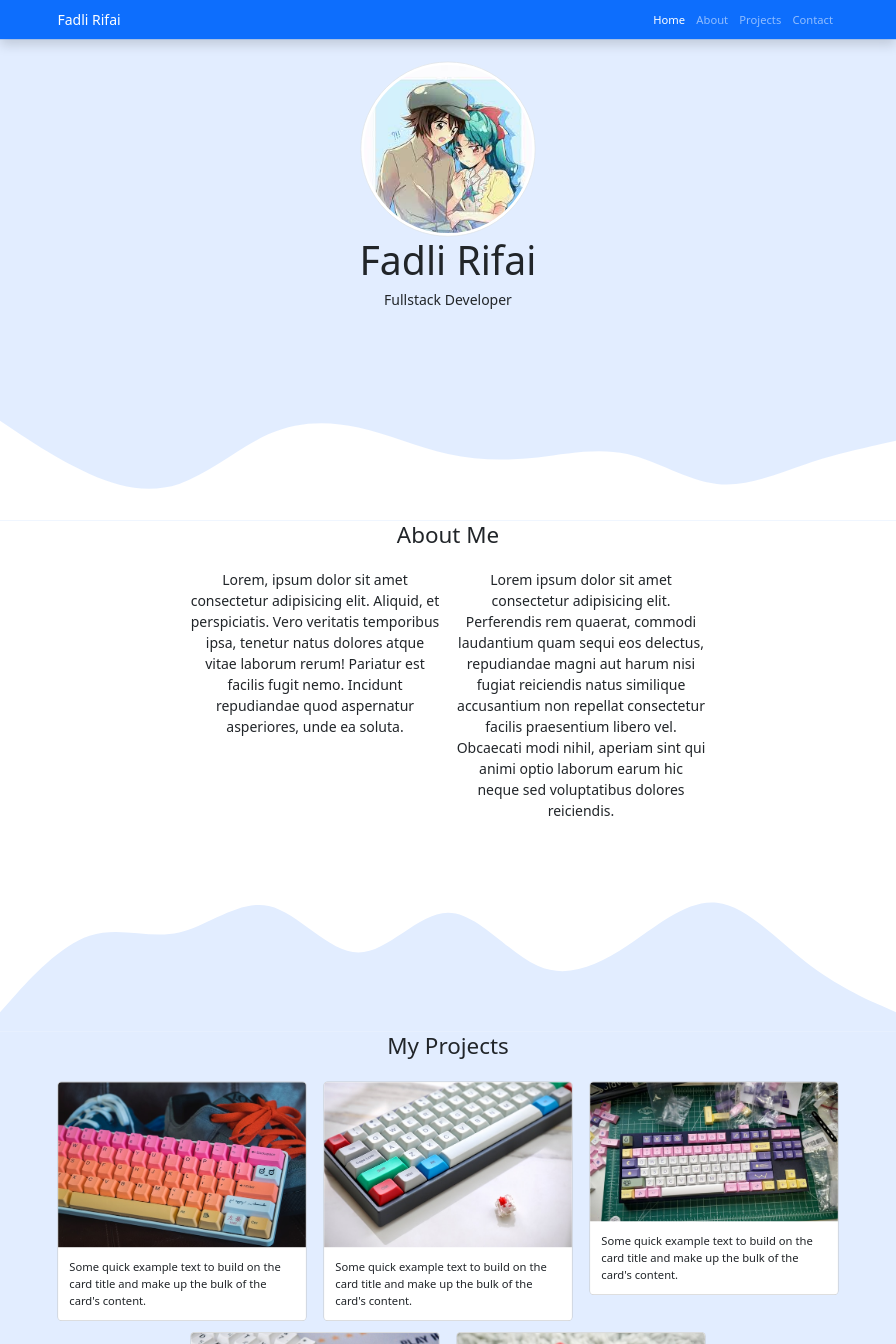
Repository: fadlyyy/fadli-dev.github.io
Page: index.html
These files come from the project's save history. The page is drawn as it stood at one moment and after the next save; the edit follows.
The browser window is 1280 px wide. The pictures show the part of the page from y = 0 to 1920 px (the page is 5000 px tall), at 70% of full size.

Above is the page before, as saved 2024-01-19 15:45:36.

### index.html
<!DOCTYPE html>
<html lang="en">
  <head>
    <meta charset="utf-8" />
    <meta name="viewport" content="width=device-width, initial-scale=1" />
    <title>Bootstrap demo</title>
    <link href="https://cdn.jsdelivr.net/npm/bootstrap@5.2.3/dist/css/bootstrap.min.css" rel="stylesheet" integrity="sha384-rbsA2VBKQhggwzxH7pPCaAqO46MgnOM80zW1RWuH61DGLwZJEdK2Kadq2F9CUG65" crossorigin="anonymous" />
    <link rel="stylesheet" href="style.css" />
  </head>
  <body>
    <!-- Navbar -->
    <nav class="navbar navbar-expand-lg navbar-dark bg-primary shadow">
      <div class="container">
        <a class="navbar-brand" href="#">Fadli Rifai</a>
        <button class="navbar-toggler" type="button" data-bs-toggle="collapse" data-bs-target="#navbarNav" aria-controls="navbarNav" aria-expanded="false" aria-label="Toggle navigation">
          <span class="navbar-toggler-icon"></span>
        </button>
        <div class="collapse navbar-collapse" id="navbarNav">
          <ul class="navbar-nav ms-auto">
            <li class="nav-item">
              <a class="nav-link active" aria-current="page" href="#">Home</a>
            </li>
            <li class="nav-item">
              <a class="nav-link" href="#">About</a>
            </li>
            <li class="nav-item">
              <a class="nav-link" href="#">Projects</a>
            </li>
            <li class="nav-item">
              <a class="nav-link" href="#">Contact</a>
            </li>
          </ul>
        </div>
      </div>
    </nav>
    <!-- Navbar End -->

    <!-- Jumbotron -->
    <section class="jumbotron text-center">
      <img class="rounded-circle img-thumbnail" src="img/images.jpeg" alt="" width="250" />
      <h1 class="display-4">Fadli Rifai</h1>
      <p class="lead">Fullstack Developer</p>
      <svg xmlns="http://www.w3.org/2000/svg" viewBox="0 0 1440 320">
        <path
          fill="#ffffff"
          fill-opacity="1"
          d="M0,160L24,176C48,192,96,224,144,245.3C192,267,240,277,288,261.3C336,245,384,203,432,181.3C480,160,528,160,576,170.7C624,181,672,203,720,213.3C768,224,816,224,864,218.7C912,213,960,203,1008,213.3C1056,224,1104,256,1152,261.3C1200,267,1248,245,1296,229.3C1344,213,1392,203,1416,197.3L1440,192L1440,320L1416,320C1392,320,1344,320,1296,320C1248,320,1200,320,1152,320C1104,320,1056,320,1008,320C960,320,912,320,864,320C816,320,768,320,720,320C672,320,624,320,576,320C528,320,480,320,432,320C384,320,336,320,288,320C240,320,192,320,144,320C96,320,48,320,24,320L0,320Z"
        ></path>
      </svg>
    </section>
    <!-- Jumbotron End -->

    <!-- About -->
    <section id="about">
      <div class="container">
        <div class="row text-center mb-4">
          <div class="col">
            <h2>About Me</h2>
          </div>
        </div>
        <div class="row justify-content-center fs-5 text-center">
          <div class="col-md-4">
            <p class="">
              Lorem, ipsum dolor sit amet consectetur adipisicing elit. Aliquid, et perspiciatis. Vero veritatis temporibus ipsa, tenetur natus dolores atque vitae laborum rerum! Pariatur est facilis fugit nemo. Incidunt repudiandae quod
              aspernatur asperiores, unde ea soluta.
            </p>
          </div>
          <div class="col-md-4">
            <p>
              Lorem ipsum dolor sit amet consectetur adipisicing elit. Perferendis rem quaerat, commodi laudantium quam sequi eos delectus, repudiandae magni aut harum nisi fugiat reiciendis natus similique accusantium non repellat
              consectetur facilis praesentium libero vel. Obcaecati modi nihil, aperiam sint qui animi optio laborum earum hic neque sed voluptatibus dolores reiciendis.
            </p>
          </div>
        </div>
      </div>
      <svg xmlns="http://www.w3.org/2000/svg" viewBox="0 0 1440 320">
        <path
          fill="#e2edff"
          fill-opacity="1"
          d="M0,288L24,261.3C48,235,96,181,144,165.3C192,149,240,171,288,160C336,149,384,107,432,117.3C480,128,528,192,576,192C624,192,672,128,720,128C768,128,816,192,864,213.3C912,235,960,213,1008,181.3C1056,149,1104,107,1152,112C1200,117,1248,171,1296,208C1344,245,1392,267,1416,277.3L1440,288L1440,320L1416,320C1392,320,1344,320,1296,320C1248,320,1200,320,1152,320C1104,320,1056,320,1008,320C960,320,912,320,864,320C816,320,768,320,720,320C672,320,624,320,576,320C528,320,480,320,432,320C384,320,336,320,288,320C240,320,192,320,144,320C96,320,48,320,24,320L0,320Z"
        ></path>
      </svg>
    </section>
    <!-- About End -->

    <!-- Section Projects -->
    <section id="projects">
      <div class="container">
        <div class="row mb-4">
          <div class="col text-center">
            <h2>My Projects</h2>
          </div>
        </div>
        <div class="row justify-content-center">
          <div class="col-md-4 mb-3 child">
            <div class="card">
              <img src="img/projects/Projects1.jpg" class="card-img-top" alt="..." />
              <div class="card-body">
                <p class="card-text">Some quick example text to build on the card title and make up the bulk of the card's content.</p>
              </div>
            </div>
          </div>
          <div class="col-md-4 mb-3 child">
            <div class="card">
              <img src="img/projects/Projects2.jpg" class="card-img-top" alt="..." />
              <div class="card-body">
                <p class="card-text">Some quick example text to build on the card title and make up the bulk of the card's content.</p>
              </div>
            </div>
          </div>
          <div class="col-md-4 mb-3 child">
            <div class="card">
              <img src="img/projects/Projects3.jpg" class="card-img-top" alt="..." />
              <div class="card-body">
                <p class="card-text">Some quick example text to build on the card title and make up the bulk of the card's content.</p>
              </div>
            </div>
          </div>
          <div class="col-md-4 mb-3 child">
            <div class="card">
              <img src="img/projects/Projects4.jpg" class="card-img-top" alt="..." />
              <div class="card-body">
                <p class="card-text">Some quick example text to build on the card title and make up the bulk of the card's content.</p>
              </div>
            </div>
          </div>
          <div class="col-md-4 mb-3 child">
            <div class="card">
              <img src="img/projects/Projects5.jpg" class="card-img-top" alt="..." />
              <div class="card-body">
                <p class="card-text">Some quick example text to build on the card title and make up the bulk of the card's content.</p>
              </div>
            </div>
          </div>
        </div>
      </div>
      <svg xmlns="http://www.w3.org/2000/svg" viewBox="0 0 1440 320"><path fill="#fff" fill-opacity="1" d="M0,192L48,197.3C96,203,192,213,288,192C384,171,480,117,576,128C672,139,768,213,864,229.3C960,245,1056,203,1152,197.3C1248,192,1344,224,1392,240L1440,256L1440,320L1392,320C1344,320,1248,320,1152,320C1056,320,960,320,864,320C768,320,672,320,576,320C480,320,384,320,288,320C192,320,96,320,48,320L0,320Z"></path></svg>
    </section>
    <!-- End Section Projects -->

    <!-- Contact -->
    <section id="contact">
      <div class="container">
        <div class="row text-center mb-3">
          <div class="col">
            <h2>Contact Me</h2>
          </div>
        </div>
        <div class="row justify-content-center">
          <div class="col-md-6">
            <form>
              <div class="mb-3">
                <label for="name" class="form-label">Name</label>
                <input type="text" class="form-control" id="name" aria-describedby="name" />
              </div>
              <div class="mb-3">
                <label for="email" class="form-label">Email Address</label>
                <input type="email" class="form-control" id="email" aria-describedby="email" />
              </div>
              <div class="mb-3">
                <label for="message" class="form-label">Message</label>
                <textarea class="form-control" id="message" rows="3"></textarea>
              </div>
              <button type="submit" class="btn btn-primary">Send Message</button>
            </form>
          </div>
        </div>
      </div>
    <!-- End Contact -->

    <script src="https://cdn.jsdelivr.net/npm/bootstrap@5.2.3/dist/js/bootstrap.bundle.min.js" integrity="sha384-kenU1KFdBIe4zVF0s0G1M5b4hcpxyD9F7jL+jjXkk+Q2h455rYXK/7HAuoJl+0I4" crossorigin="anonymous"></script>
  </body>
</html>

### style.css
body {
  min-height: 5000px;
}

.jumbotron {
  padding-top: 2rem;
  background-color: #e2edff;
}

#projects {
  background-color: #e2edff;
}

#projects .child {
  transition: all 0.2s ease-in-out;
}

#projects .child:hover {
  scale: 1.04;
}

After the next save:
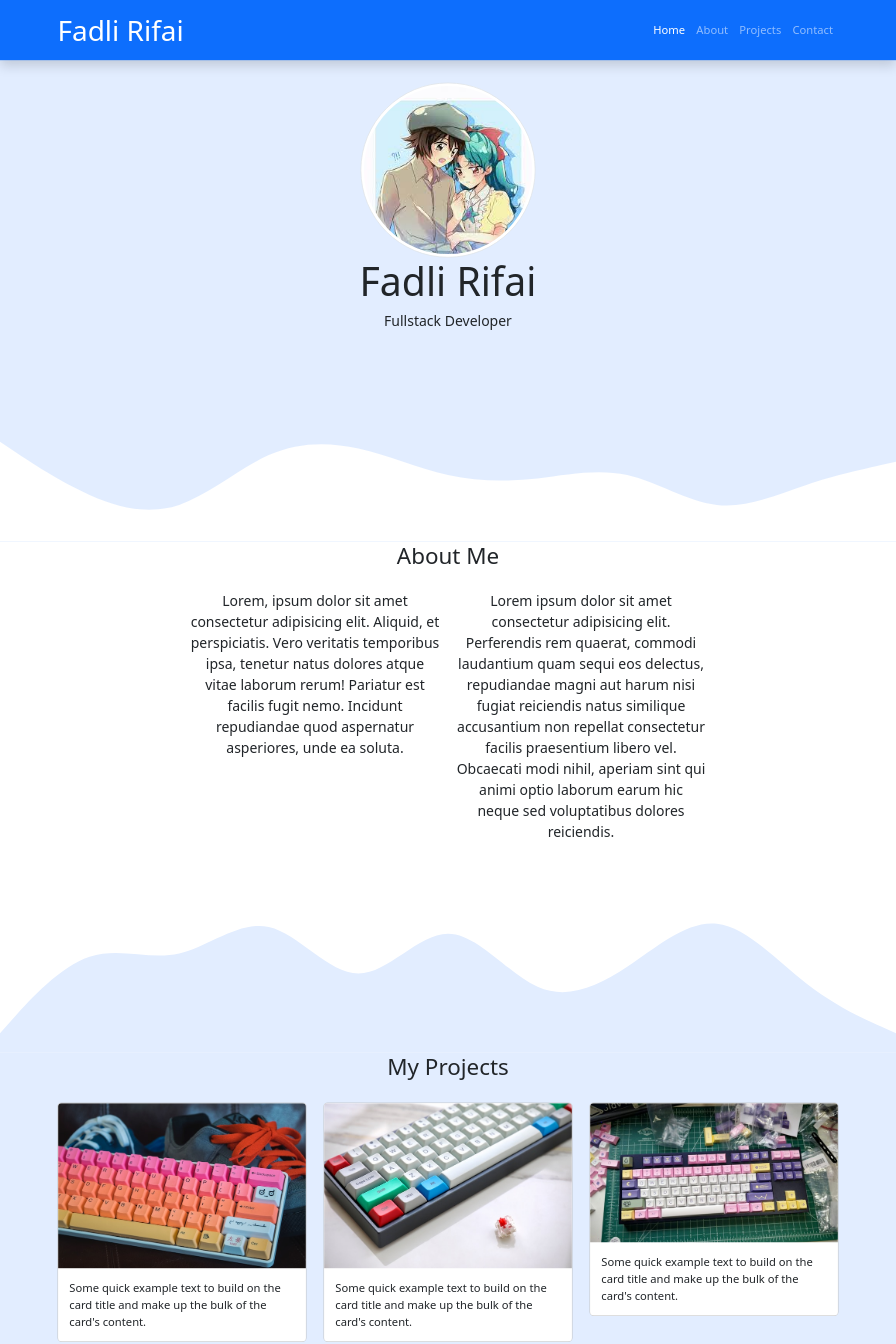
Saved 2 min 48 s later.
--- a/index.html
+++ b/index.html
@@ -11,7 +11,7 @@
     <!-- Navbar -->
     <nav class="navbar navbar-expand-lg navbar-dark bg-primary shadow">
       <div class="container">
-        <a class="navbar-brand" href="#">Fadli Rifai</a>
+        <a class="navbar-brand fs-1" href="#">Fadli Rifai</a>
         <button class="navbar-toggler" type="button" data-bs-toggle="collapse" data-bs-target="#navbarNav" aria-controls="navbarNav" aria-expanded="false" aria-label="Toggle navigation">
           <span class="navbar-toggler-icon"></span>
         </button>

After the save that followed:
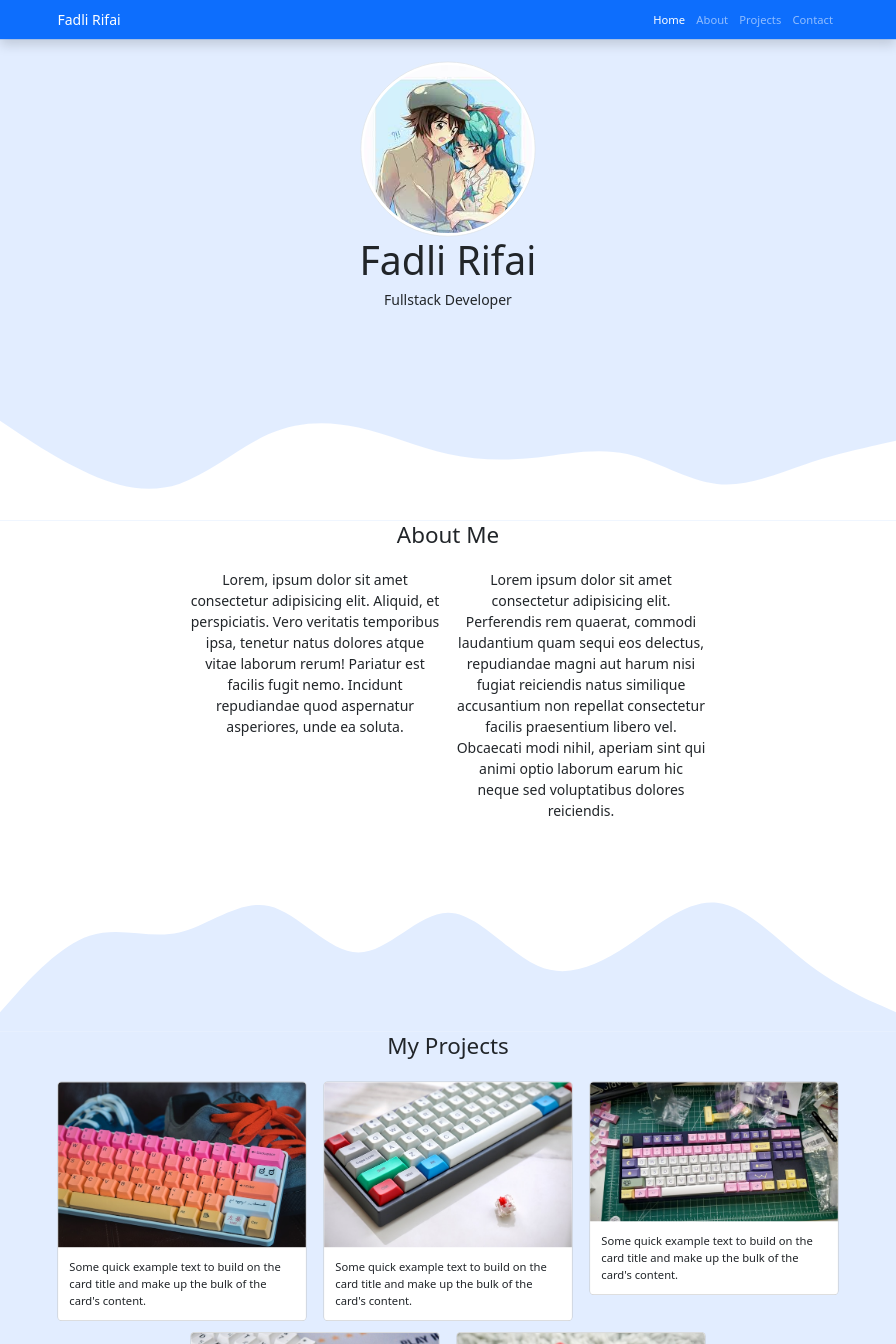
Saved 11 s later.
--- a/index.html
+++ b/index.html
@@ -11,7 +11,7 @@
     <!-- Navbar -->
     <nav class="navbar navbar-expand-lg navbar-dark bg-primary shadow">
       <div class="container">
-        <a class="navbar-brand fs-1" href="#">Fadli Rifai</a>
+        <a class="navbar-brand fs-10" href="#">Fadli Rifai</a>
         <button class="navbar-toggler" type="button" data-bs-toggle="collapse" data-bs-target="#navbarNav" aria-controls="navbarNav" aria-expanded="false" aria-label="Toggle navigation">
           <span class="navbar-toggler-icon"></span>
         </button>
